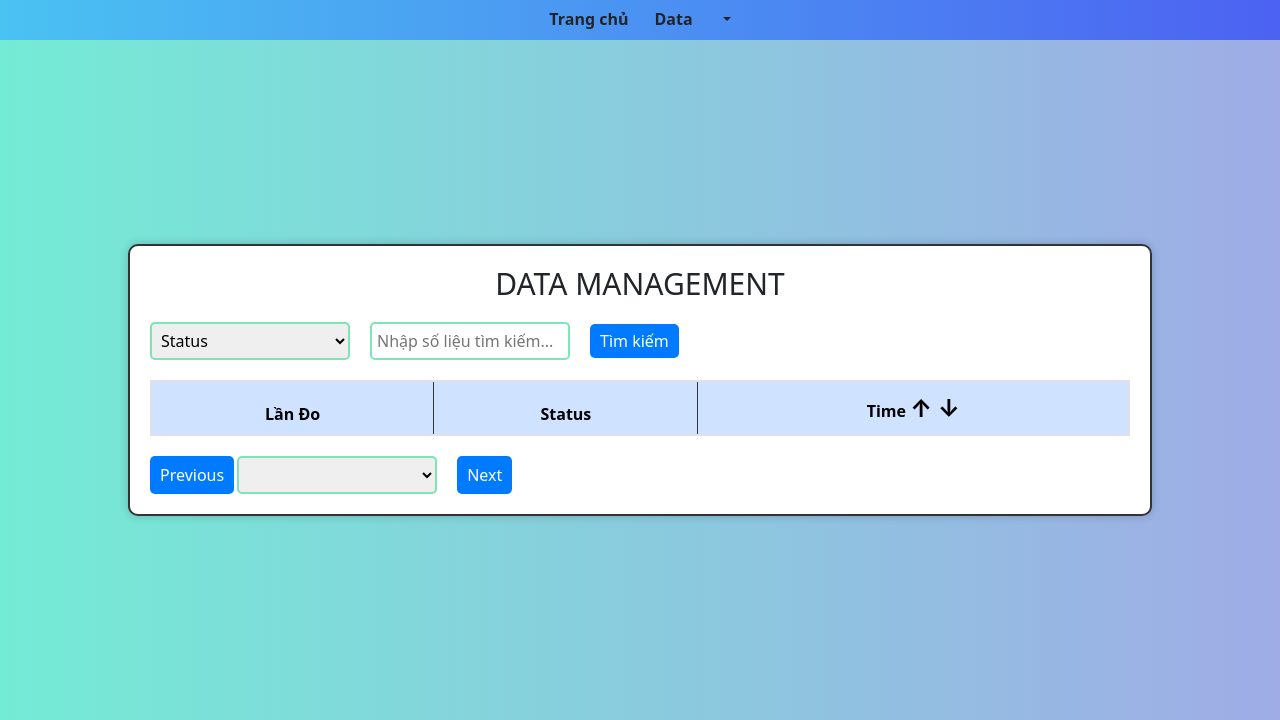
Repository: ndmq03102002/BTL_IOT
Page: Fontend_IOT/iot/history.html
An editor plug-in stored every save of this project. The page is shown before and after the next save, followed by the edit.
The browser window is 1280 px wide. The pictures show the whole page.
The page's requests for data from a server got no answer.

Above is the page before, as saved 2023-11-05 21:08:30.

### Fontend_IOT/iot/history.html
<!DOCTYPE html>
<html lang="en">
<head>
    <meta charset="UTF-8">
    <meta name="viewport" content="width=device-width, initial-scale=1.0">
    <title>Document</title>
    <link rel="stylesheet" href="style.css">
    <link rel="stylesheet" href="bootstrap/css/bootstrap.css">
    <style>
        body {
            background: linear-gradient(to right, #74ebd5, #9face6);
            min-height: 100vh;
            margin: 0;
            display: flex;
            flex-direction: column;
            align-items: center;
        }
        .pre_container{
            width: 100%;
            height: 100%;
            display: flex;
            justify-content: center;
            align-items: center;
            flex :1;
          }
        .container {
            background-color: white;
            border: 2px solid #333;
            border-collapse: collapse;
            width: 80%;
            padding: 20px;
            box-shadow: 0 0 10px rgba(0, 0, 0, 0.2);
            border-radius: 10px;
        }

        .search-container {
            margin: 20px 0;
            display: flex;
            align-items: center;
        }

        input, select {
            color: #000;
            width: 200px;
            border: 2px solid #75e4b0ed;
            margin-right: 20px;
            padding: 5px;
            border-radius: 5px;
        }

        table {
            width: 100%;
            border-collapse: collapse;
            border: 2px solid #333;
            background-color: white;
            margin-top: 20px;
        }

        th, td {
            border: 1px solid #333;
            padding: 10px;
            text-align: center;
        }

        th {
            background-color: #007BFF;
            color: white;
        }

        .pagination {
            margin-top: 20px;
            display: flex;
            list-style: none;
            padding: 0;
        }

        .page-item {
            margin-right: 10px;
        }

        .page-link {
            text-decoration: none;
            background-color: #007BFF;
            color: #fff;
            padding: 5px 10px;
            border-radius: 5px;
        }

        .page-link:hover {
            background-color: #0056b3;
        }

        .sort-icon {
            font-size: 24px;
            cursor: pointer;
        }

        button {
            border-radius: 5px;
            margin-right: 3px;
            background-color: #007BFF;
            color: #fff;
            border: none;
            padding: 5px 10px;
        }
    </style>
</head>
<header style="width: 100%; height: 40px; margin :auto;background: linear-gradient(to right, #4ac2f2, #4c62f2)">
    <div class="col-sm-12 data">
        <a href="index.html" class="btn" style="font-weight: bold;">Trang chủ</a>
        <a href="data.html" class="btn" style="font-weight: bold;">Data</a>
        <div class="btn-group" >
            <a class="btn btn-white dropdown-toggle"  href="#" role="button" data-bs-toggle="dropdown" aria-expanded="false">
                <i class="bi bi-person-fill"></i>
            </a>
            <ul class="dropdown-menu">
                <li><a href="javascript:" class="dropdown-item"><i class="bi bi-person"></i> MSV: B20DCCN567</a></li>
                <li><a href="javascript:" class="dropdown-item"><i class="bi bi-phone"></i> Phone: 0961264306</a></li>
                <li><a href="message.html" class="dropdown-item"><i class="bi bi-envelope"></i> Email: Nguyendinhmanhquynh@gmail.com</a></li>
            </ul>
          </div>
    </div>
</header>
<body>
<div class = "pre_container">
    <div class="container">
        <h1 style="text-align: center; font-size: 30px;">DATA MANAGEMENT</h1>
        <div>
        <div class="search-container">
            <select id="searchColumn">
                <option value="status">Status</option>
                <option value="Time">Time</option>
            </select>
            <input type="text" id="searchInput" placeholder="Nhập số liệu tìm kiếm...">
            <button id="searchButton">Tìm kiếm</button>
        </div>
        <table class="table table-hover">
            <thead class="table-primary">
                <tr>
                    <th>Lần Đo</th>
                    <th>Status</th>
                    <th>
                        Time
                        <span value="time" id="sort-by-time-incre" class="sort-icon">   &#x2191; </span>
                        <span value="time" id="sort-by-time-decre" class="sort-icon">   &#x2193;</span>
                    </th>
                </tr>
            </thead>
            <tbody>
                <!-- data from database -->
            </tbody>
        </table>
        <div class="pagination">
            <button id="prevBtn">Previous</button>
            <select id="pageBtns"></select>
            <button id="nextBtn">Next</button>
        </div>
    </div>
</div>

</body>
<script src="historyJs.js"></script>
<script src="jquery.js"></script>
    <script src="popper.min.js"></script>
    <script src="bootstrap/js/bootstrap.min.js"></script>
</html>

### Fontend_IOT/iot/style.css
html {
  margin: 0;
  padding: 0;
}
.data {
  display: flex;
  justify-content: center;
  align-items: center;
}
.data a:hover{
  color: white;
}

.block {
  width: 100%;
  height: 200px;
  margin-right: 0px;
  margin-bottom: 27px;
  background-color: #9fb4d0;

  box-shadow: 0px 0px 5px 2px rgba(97, 95, 151, 0.47);
  border-radius: 3%;
}
.block1 {
  width: 100%;
  height: 200px;
  margin-right: 0px;
  margin-bottom: 27px;
  background: linear-gradient(to right, #f2994a, #f2c94c);
}
.block2 {
  width: 100%;
  height: 200px;
  margin-right: 0px;
  margin-bottom: 27px;
  background: linear-gradient(to right, #4ac2f2, #1a6f7c);
}
.block3 {
  width: 100%;
  height: 200px;
  margin-right: 0px;
  margin-bottom: 27px;
  background: linear-gradient(to right, #f8d90f, #f2ff00);
}
.block4 {
  width: 100%;
  height: 200px;
  margin-right: 0px;
  margin-bottom: 27px;
  background: linear-gradient(to right, #f8d90f, #f2ff00);
}
.abc {
  margin-bottom: 30px;
}
.col-pd {
  padding: 20px;
}
.block-size {
  font-size: 40px;
  font-weight: bold;
  text-align: center;
}
.fan {
  width: 200px;
  height: 200px;
  position: relative;
}

.blade {
  width: 0;
  height: 0;
  position: absolute;
  top: 10%;
  left: 170%;
  transform-origin: 0 50%;
  background-color: #000000;
  border-radius: 50%;
}

.blade-1 {
  width: 50px;
  height: 80px;
  clip-path: polygon(0 50%, 100% 0, 50% 50%);
  transform: rotate(0deg);
  /* animation: rotateFan1 1s linear infinite; */
}

.blade-2 {
  width: 50px;
  height: 80px;
  clip-path: polygon(0 50%, 100% 0, 50% 50%);
  transform: rotate(120deg);
  /* animation: rotateFan2 1s linear infinite; */
}

.blade-3 {
  width: 50px;
  height: 80px;
  clip-path: polygon(0 50%, 100% 0, 50% 50%);
  transform: rotate(240deg);
  /* animation: rotateFan3 1s linear infinite; */
}

@keyframes rotateFan2 {
  to {
    transform: rotate(480deg);
  }
}
@keyframes rotateFan1 {
  to {
    transform: rotate(360deg);
  }
}
@keyframes rotateFan3 {
  to {
    transform: rotate(600deg);
  }
}
.button {
  display: flex;
  flex-direction: row;
  justify-content: space-between;
}

.button .btn-success {
  margin-right: 10px; /* Thêm khoảng cách bên phải cho nút "ON" */
}
.light {
  width: 200px;
  height: 200px;
}
.light img {
  width: 50%;
  height: auto;
  margin-left: 150%;
}
.gas {
  width: 200px;
  height: 200px;
}
.gas img {
  width: 50%;
  height: auto;
  margin-left: 150%;
}

.warning {
  animation: blinkAnimation 0.2s infinite;
}
@keyframes blinkAnimation {
  0%, 100% {
      background-image: linear-gradient(to right,#410505, #420404);
  }
  50% {
      background-image: linear-gradient(to right,#c0b0b0, #c5b6b6);
  }
}

### Fontend_IOT/iot/historyJs.js
let dataFromSpringBoot = []
   function getTempAllData(){
       return fetch(`http://localhost:8080/status`)
        .then(function(response){
            return response.json();
        })
        .then(function(posts){
            dataFromSpringBoot=posts;
        })
        .catch(function(err){
            console.log(err);
        });
    }
    const itemsPerPage = 10;

   // Hàm để lấy dữ liệu cho trang cụ thể
   function getDataForPage(page,ArrayData) {
       const startIndex = (page - 1) * itemsPerPage;
       const endIndex = startIndex + itemsPerPage;
       return ArrayData.slice(startIndex, endIndex);
   }
   // Hiển thị dữ liệu lên bảng
function displayData(data) {
    const tbodyElement = document.querySelector("tbody")
    tbodyElement.innerHTML = ""; // Xóa dữ liệu cũ

    data.forEach(rowData => {
        const row = document.createElement("tr");
        row.innerHTML = `<td>${rowData.id}</td><td>${rowData.status}</td><td>${rowData.time}</td>`;
        tbodyElement.appendChild(row);
    });
}
function displayPage(page,ArrayData) {
    const data = getDataForPage(page,ArrayData);
    displayData(data);
}

function createPageSelect(totalPages, currentPage, ArrayData) {
    const pageSelect = document.getElementById("pageBtns");

    pageSelect.innerHTML = ""; // Xóa các option trang cũ
    for (let i = 1; i <= totalPages; i++) {
      const option = document.createElement("option"); // tạo 1 phần tử <option>
      option.value = i; // gán giá trị cho phần tử <option>
      option.textContent = i; // text hiển thị cho phần tử <option>
      pageSelect.appendChild(option); // thêm phần tử <option> vào phần tử <select>
    }

    pageSelect.value = currentPage;

    pageSelect.addEventListener("change", (event) => { // Sự kiện khi chọn trang
      const selectedPage = parseInt(event.target.value, 10);
      goToPage(totalPages, selectedPage, ArrayData);
    });
  }

  let currentPage = 1; // Đặt trang hiện tại là trang đầu tiên
  function goToPage(totalPages, pageNumber, ArrayData) { // hàm này dùng để chuyển đến trang cụ thể
    currentPage = pageNumber;
    displayPage(pageNumber, ArrayData); // Hiển thị dữ liệu cho trang cụ thể
    createPageSelect(totalPages, currentPage, ArrayData)
  }
getTempAllData().then(()=>{
    // Hiển thị dữ liệu đã phân trang
    const pageBtns = document.getElementById("pageBtns");
    const prevBtn = document.getElementById("prevBtn");
    const nextBtn = document.getElementById("nextBtn");

    let totalPages = Math.ceil(dataFromSpringBoot.length/10); // Đặt số trang dựa vào dữ liệu từ backend
     let currentPage = 1;
     displayPage(currentPage,dataFromSpringBoot)
     createPageSelect(totalPages,currentPage,dataFromSpringBoot);

    // Sự kiện nút Previous
    prevBtn.addEventListener("click", () => {
        if (currentPage > 1) {
          currentPage--;
          goToPage(totalPages, currentPage, dataFromSpringBoot);
        }
      });

      // Sự kiện nút Next
      nextBtn.addEventListener("click", () => {
        if (currentPage < totalPages) {
          currentPage++;
          goToPage(totalPages, currentPage, dataFromSpringBoot);
        }
      });

     //-----------------------------------------------------Search------------------------------------------------------------------
const searchInput = document.getElementById("searchInput");
const searchButton = document.getElementById("searchButton");
const searchColumn = document.getElementById("searchColumn");


function search() {
  const searchText = searchInput.value.trim().toLowerCase();
  const selectedColumn = searchColumn.value;

  let dataSearch = dataFromSpringBoot.filter((item) => {
    if (selectedColumn === "time") {
      return item[selectedColumn].toLowerCase().includes(searchText);
    }
    if(searchText == "") return true; // Nếu không nhập gì thì trả về tất cả dữ liệu
    return item[selectedColumn] == searchText;
  });

  const totalPages = Math.ceil(dataSearch.length / itemsPerPage);
  let currentPage = 1;

  displayPage(currentPage, dataSearch);
  createPageSelect(totalPages, currentPage, dataSearch);
   // Sự kiện nút Previous
   prevBtn.addEventListener("click", () => {
    if (currentPage > 1) {
      currentPage--;
      goToPage(totalPages, currentPage, dataSearch);
    }
  });

  // Sự kiện nút Next
  nextBtn.addEventListener("click", () => {
    if (currentPage < totalPages) {
      currentPage++;
      goToPage(totalPages, currentPage, dataSearch);
    }
  });

}

searchButton.addEventListener("click", search);

function Sort(columnSelect, isIncreasing) {
  dataFromSpringBoot.sort((a, b) => {
    const valA = a[columnSelect];
    const valB = b[columnSelect];
    if (columnSelect === "time") {
      return isIncreasing ? valA.localeCompare(valB) : valB.localeCompare(valA);
    }
    return isIncreasing ? valA - valB : valB - valA;
  });

  let totalPages = Math.ceil(dataFromSpringBoot.length / itemsPerPage);
  let currentPage = 1;
  displayPage(currentPage, dataFromSpringBoot);
  createPageSelect(totalPages, currentPage, dataFromSpringBoot);
}

document.getElementById("sort-by-time-incre").addEventListener("click", () => {
  Sort("time", true);
});

document.getElementById("sort-by-time-decre").addEventListener("click", () => {
  Sort("time", false);
});
})

Loaded but not shown: Fontend_IOT/iot/bootstrap/css/bootstrap.css (library); Fontend_IOT/iot/jquery.js (library); Fontend_IOT/iot/popper.min.js (library); Fontend_IOT/iot/bootstrap/js/bootstrap.min.js (library)

After the next save:
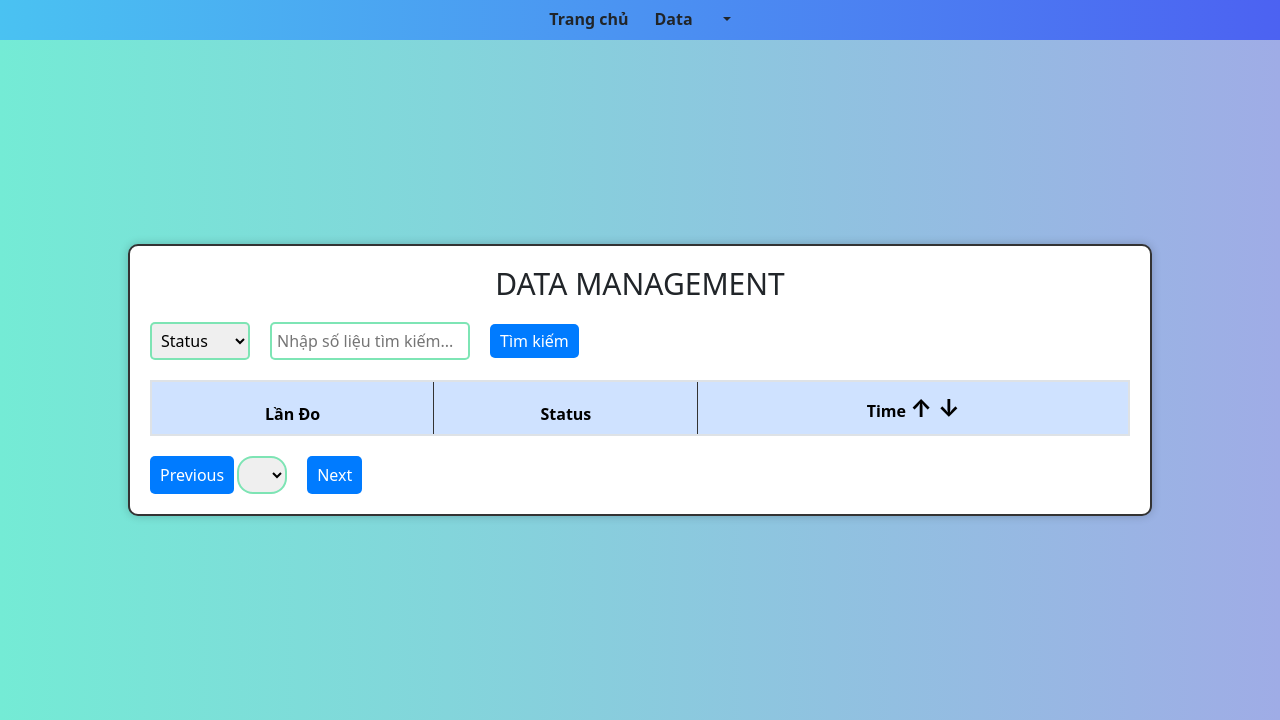
Saved 69 s later.
--- a/Fontend_IOT/iot/history.html
+++ b/Fontend_IOT/iot/history.html
@@ -127,7 +127,7 @@
         <h1 style="text-align: center; font-size: 30px;">DATA MANAGEMENT</h1>
         <div>
         <div class="search-container">
-            <select id="searchColumn">
+            <select id="searchColumn" style="width:100px">
                 <option value="status">Status</option>
                 <option value="Time">Time</option>
             </select>
@@ -152,7 +152,7 @@
         </table>
         <div class="pagination">
             <button id="prevBtn">Previous</button>
-            <select id="pageBtns"></select>
+            <select id="pageBtns" style="width:50px;border-radius: 16px"></select>
             <button id="nextBtn">Next</button>
         </div>
     </div>
